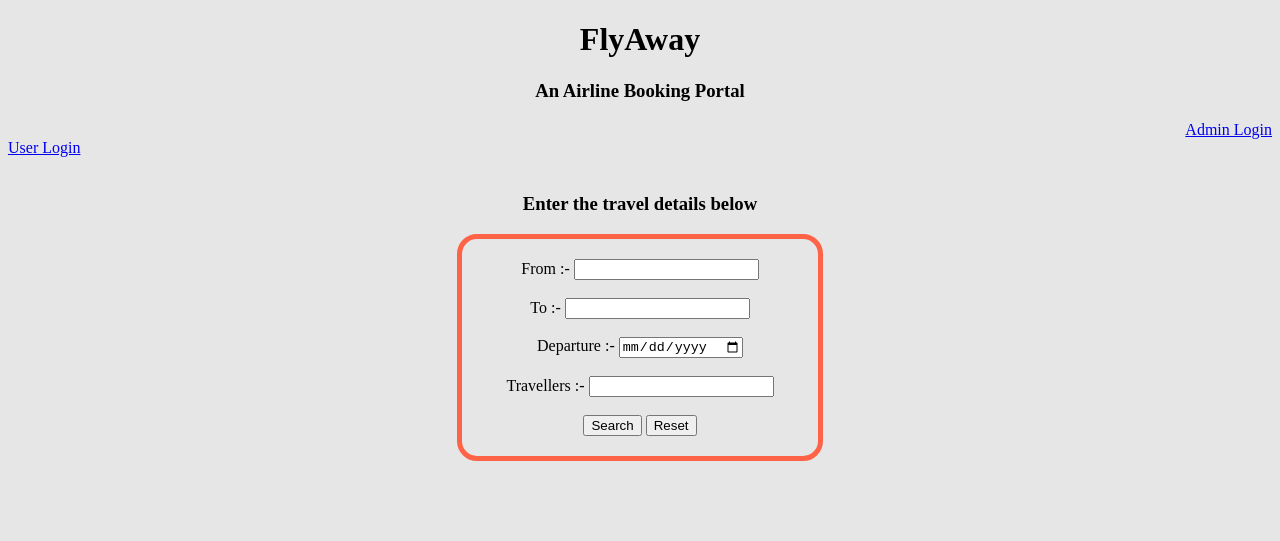
Repository: badrilogaram/Phase-two-project
Page: http://localhost/FlyAway-master/HomePage.jsp
An editor plug-in stored every save of this project. The page is shown before and after the next save, followed by the edit.
The browser window is 1280 px wide. The pictures show the whole page.
The page is served by Tomcat 9.

Above is the page before, as saved 2021-05-27 22:57:47.

After the next save:
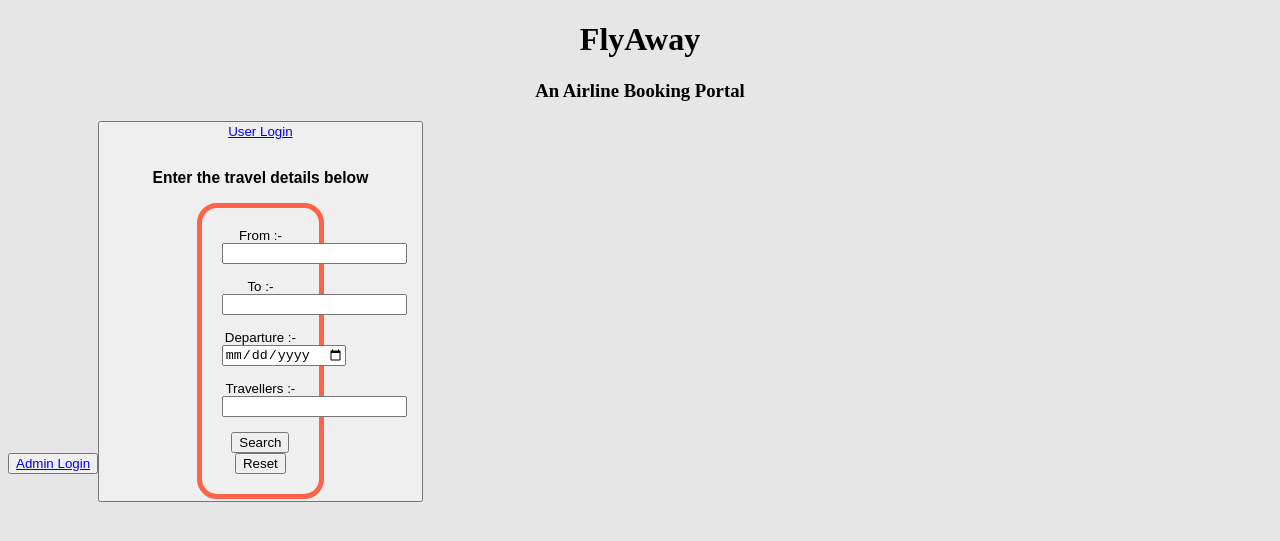
Saved 39 s later.
--- a/FlyAway-master/src/main/webapp/HomePage.jsp
+++ b/FlyAway-master/src/main/webapp/HomePage.jsp
@@ -11,9 +11,11 @@
 <h1><center>FlyAway</center></h1>
 <h3><center>An Airline Booking Portal</center></h3>
 
+<button>
 <div align="right">
 <a href="AdminPage.jsp">Admin Login</a>
 </div>
+<button>
 
 <%
 	@SuppressWarnings("unchecked")

After the save that followed:
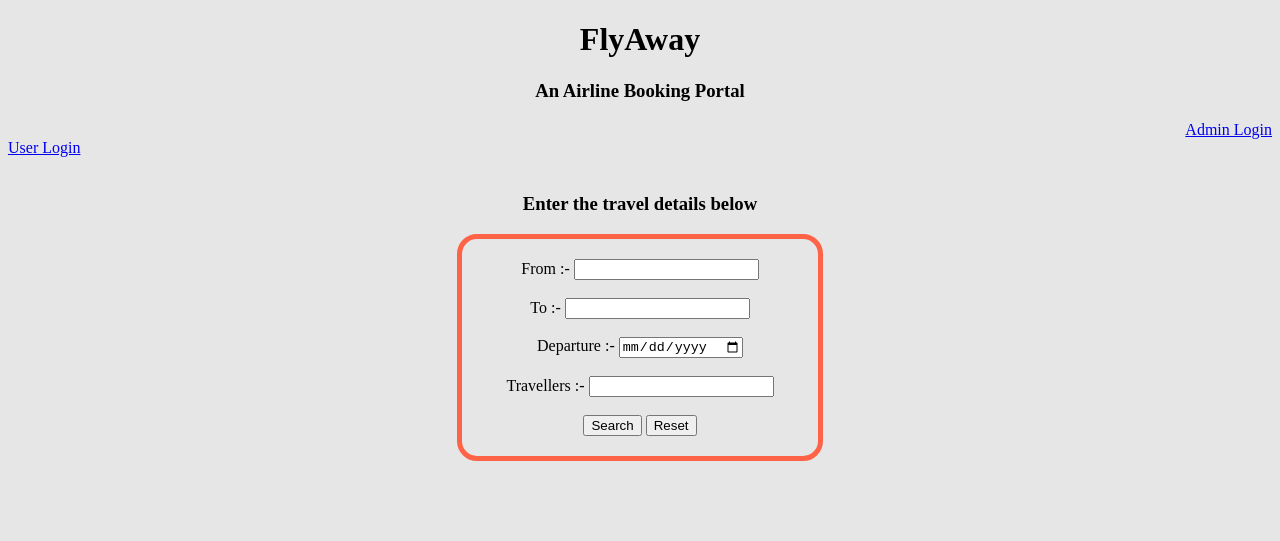
Saved 12 s later.
--- a/FlyAway-master/src/main/webapp/HomePage.jsp
+++ b/FlyAway-master/src/main/webapp/HomePage.jsp
@@ -11,11 +11,9 @@
 <h1><center>FlyAway</center></h1>
 <h3><center>An Airline Booking Portal</center></h3>
 
-<button>
 <div align="right">
 <a href="AdminPage.jsp">Admin Login</a>
 </div>
-<button>
 
 <%
 	@SuppressWarnings("unchecked")
